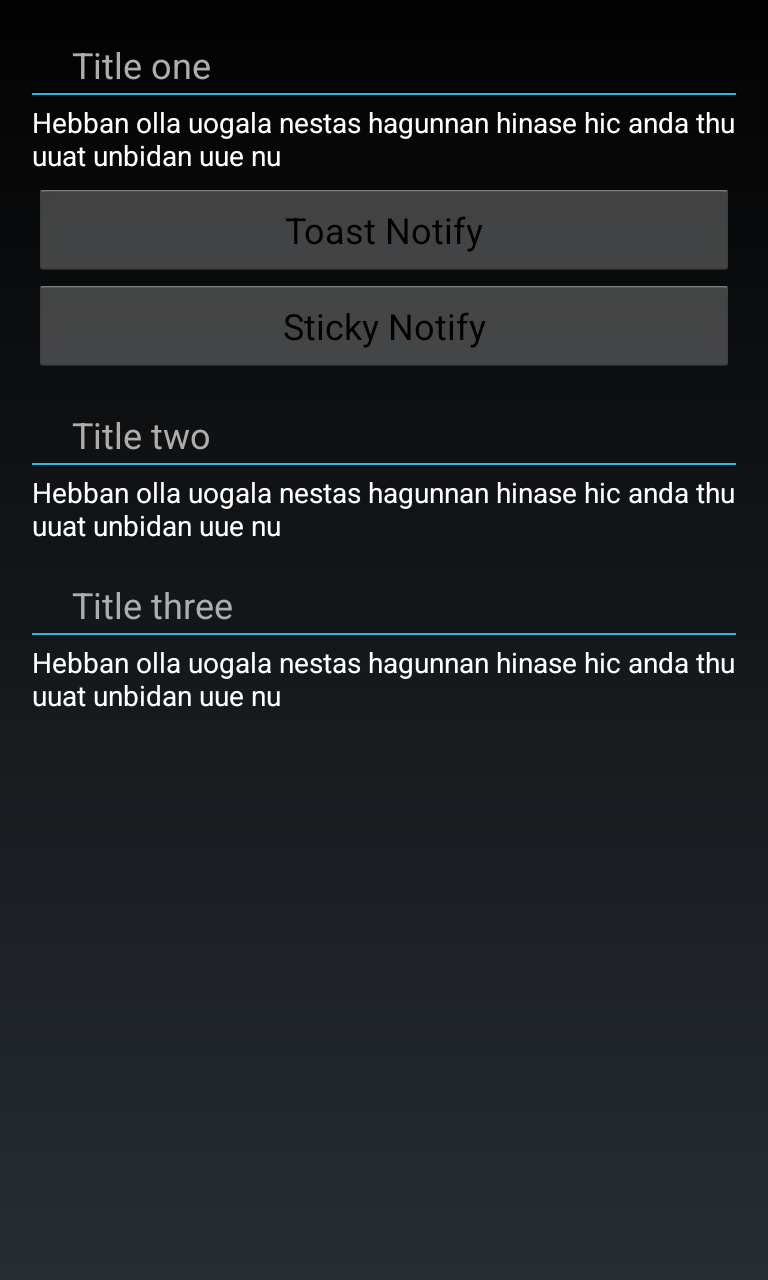
Repository: zubke/NotifyLib
Layout: Android-NotifySample/res/layout/activity_main.xml
An editor plug-in stored every save of this project. The layout is shown before and after the next save, followed by the edit.
It is drawn on a 768 x 1280 px phone screen (xhdpi) without system bars, with theme AppTheme; the app's code is not run.

Above is the layout before, as saved 2013-10-07 19:42:13.

### Android-NotifySample/res/layout/activity_main.xml
<?xml version="1.0" encoding="utf-8"?>
<ScrollView xmlns:android="http://schemas.android.com/apk/res/android"
    android:layout_width="fill_parent"
    android:layout_height="fill_parent"
    android:background="@drawable/app_background" >

    <LinearLayout
        android:layout_width="match_parent"
        android:layout_height="wrap_content"
        android:orientation="vertical"
                    android:layout_marginTop="@dimen/view_margin_top"

        android:paddingBottom="@dimen/activity_vertical_margin"
        android:paddingLeft="@dimen/activity_horizontal_margin"
        android:paddingRight="@dimen/activity_horizontal_margin" >

        <TextView
            style="@style/Title"
            android:layout_width="wrap_content"
            android:layout_height="wrap_content"
            android:text="@string/title_one" />

        <View
            android:layout_width="match_parent"
            android:layout_height="@dimen/divider_height"
            android:layout_marginTop="@dimen/view_margin_top"
            android:background="@color/ics_blue_main" />

        <TextView
            style="@style/Content"
            android:layout_width="match_parent"
            android:layout_height="wrap_content"
            android:text="@string/content_one" />

        <!-- TODO REFACTOR THESE BUTTONS -->
        <Button
            android:id="@+id/button1"
            android:layout_width="match_parent"
            android:layout_height="wrap_content"
            android:layout_marginTop="4dp"
            android:text="Toast Notify" />

        <!-- TODO REFACTOR THESE BUTTONS -->
        <Button
            android:id="@+id/button2"
            android:layout_width="match_parent"
            android:layout_height="wrap_content"
            android:text="Sticky Notify" />

        <TextView
            style="@style/Title"
            android:layout_width="wrap_content"
            android:layout_height="wrap_content"
            android:text="@string/title_two" />

        <View
            android:layout_width="match_parent"
            android:layout_height="@dimen/divider_height"
            android:layout_marginTop="@dimen/view_margin_top"
            android:background="@color/ics_blue_main" />

        <TextView
            style="@style/Content"
            android:layout_width="match_parent"
            android:layout_height="wrap_content"
            android:text="@string/content_two" />

        <TextView
            style="@style/Title"
            android:layout_width="wrap_content"
            android:layout_height="wrap_content"
            android:text="@string/title_three" />

        <View
            android:layout_width="match_parent"
            android:layout_height="@dimen/divider_height"
            android:layout_marginTop="@dimen/view_margin_top"
            android:background="@color/ics_blue_main" />

        <TextView
            style="@style/Content"
            android:layout_width="match_parent"
            android:layout_height="wrap_content"
            android:text="@string/content_three" />
    </LinearLayout>

</ScrollView>

### Android-NotifySample/res/drawable/app_background.xml
<?xml version="1.0" encoding="utf-8"?>
<shape
    xmlns:android="http://schemas.android.com/apk/res/android"
    android:shape="rectangle">
    >
<gradient
    android:angle="270"
    android:startColor="#ff020202"
    android:endColor="#ff272D33"
    android:type="linear" />
</shape>

### Android-NotifySample/res/values/dimens.xml
<resources>

    <!-- Default screen margins, per the Android Design guidelines. -->
    <dimen name="activity_horizontal_margin">16dp</dimen>
    <dimen name="activity_vertical_margin">16dp</dimen>
    <!--  Default title margins -->
    <dimen name="title_margin_left">20dp</dimen>
    <dimen name="title_margin_top">18dp</dimen>
	<dimen name="title_margin_right">16dp</dimen>
	<!--  -->
	<dimen name="view_margin_top">2dp</dimen>
	<dimen name="container_margin_top">4dp</dimen>
	<dimen name="divider_height">1dp</dimen>
</resources>

### Android-NotifySample/res/values/strings.xml
<?xml version="1.0" encoding="utf-8"?>
<resources>

    <string name="app_name">Android-NotifySample</string>
    <string name="action_settings">Settings</string>
    <string name="hello_world">Hello world!</string>
    <string name="title_one">Title one</string>
    <string name="title_two">Title two</string>
    <string name="title_three">Title three</string>
    <string name="content_one">Hebban olla uogala nestas hagunnan hinase hic anda thu uuat unbidan uue nu</string>
    <string name="content_two">Hebban olla uogala nestas hagunnan hinase hic anda thu uuat unbidan uue nu</string>
    <string name="content_three">Hebban olla uogala nestas hagunnan hinase hic anda thu uuat unbidan uue nu</string>

</resources>

### Android-NotifySample/res/values/colors.xml
<?xml version="1.0" encoding="utf-8"?>
<resources>

    <color name="ics_blue_main">#33B5E5</color>
    <color name="ics_blue_sec">#0099CC</color>
    <color name="white">#FFFFFF</color>
    <color name="light_grey">#ADADAD</color>

</resources>

Loaded but not shown: Android-NotifySample/res/values/styles.xml (common file); Android-NotifySample/res/values-v11/styles.xml (common file); Android-NotifySample/res/values-v14/styles.xml (common file)

After the next save:
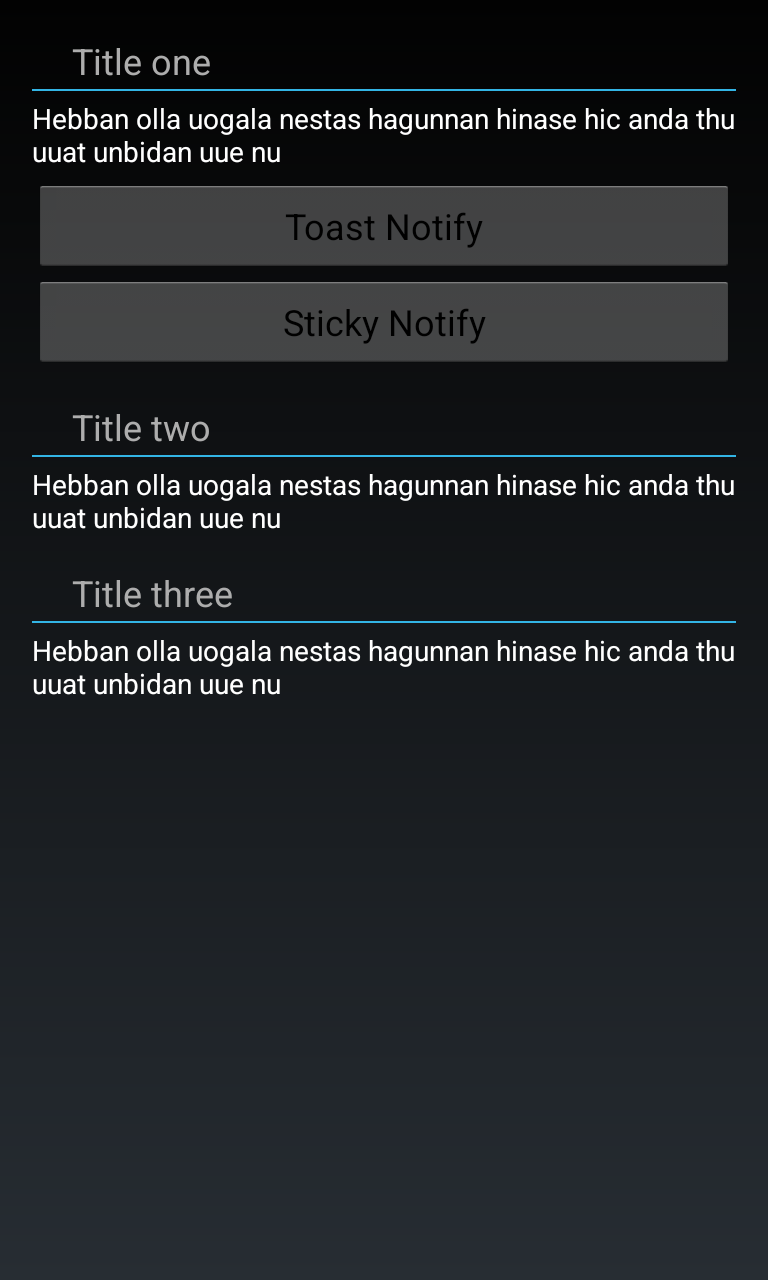
Saved 73 s later.
--- a/Android-NotifySample/res/values/dimens.xml
+++ b/Android-NotifySample/res/values/dimens.xml
@@ -5,7 +5,7 @@
     <dimen name="activity_vertical_margin">16dp</dimen>
     <!--  Default title margins -->
     <dimen name="title_margin_left">20dp</dimen>
-    <dimen name="title_margin_top">18dp</dimen>
+    <dimen name="title_margin_top">16dp</dimen>
 	<dimen name="title_margin_right">16dp</dimen>
 	<!--  -->
 	<dimen name="view_margin_top">2dp</dimen>
